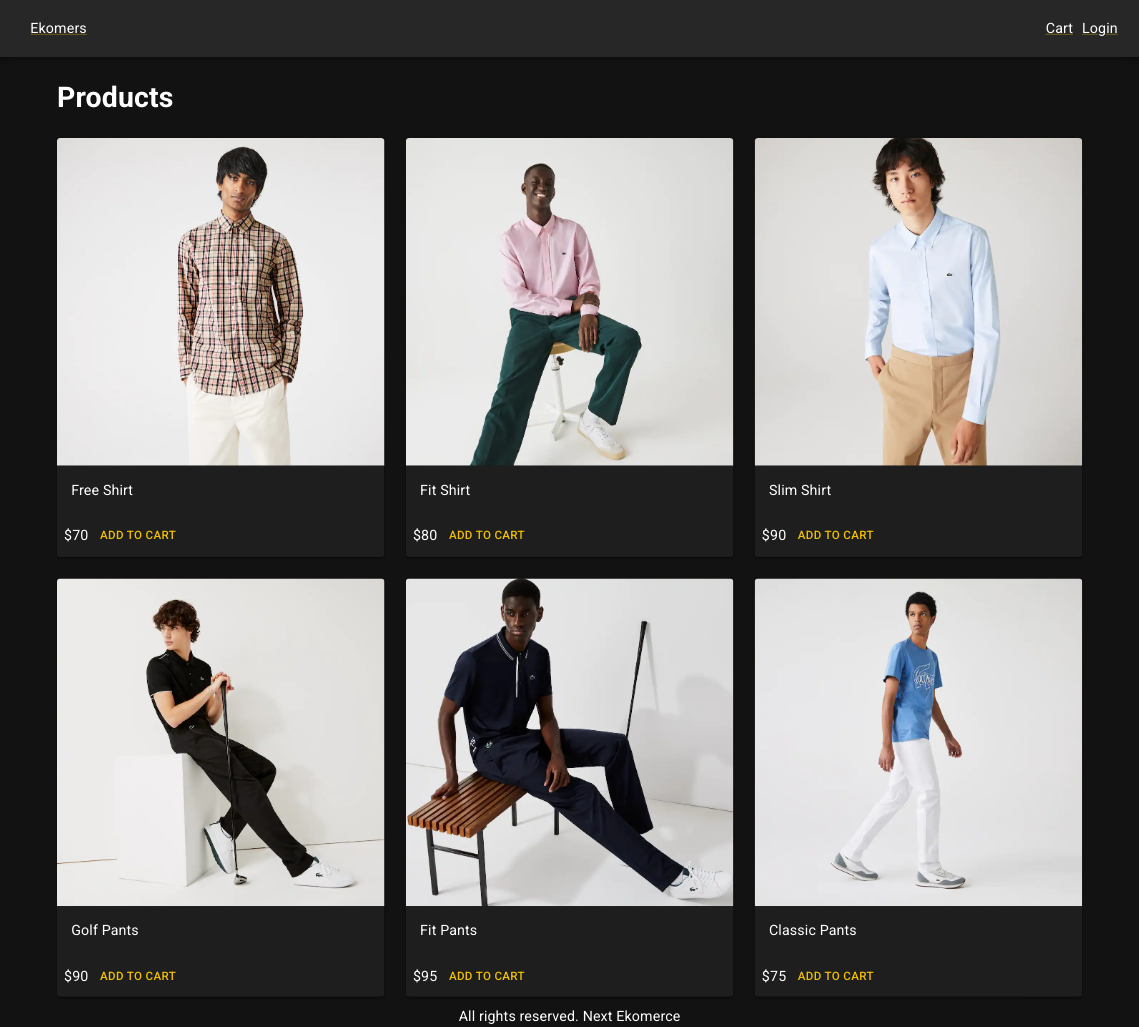
Repository: ChakmaSajib/ekomerce
Page: /
These files come from the project's save history. The page is drawn as it stood at one moment and after the next save; the edit follows.
The browser window is 1280 px wide. The pictures show the whole page, at 89% of full size.
The project was rebuilt for these pictures with package versions that can differ from the ones it lists, and the page was loaded fresh each time. The framework's server and built-in components were replaced by stand-ins that run in the browser. Also part of the build but not shown: next.config.js, styles/Home.module.css.

Above is the page before, as saved 2022-01-02 14:35:57.

After the next save:
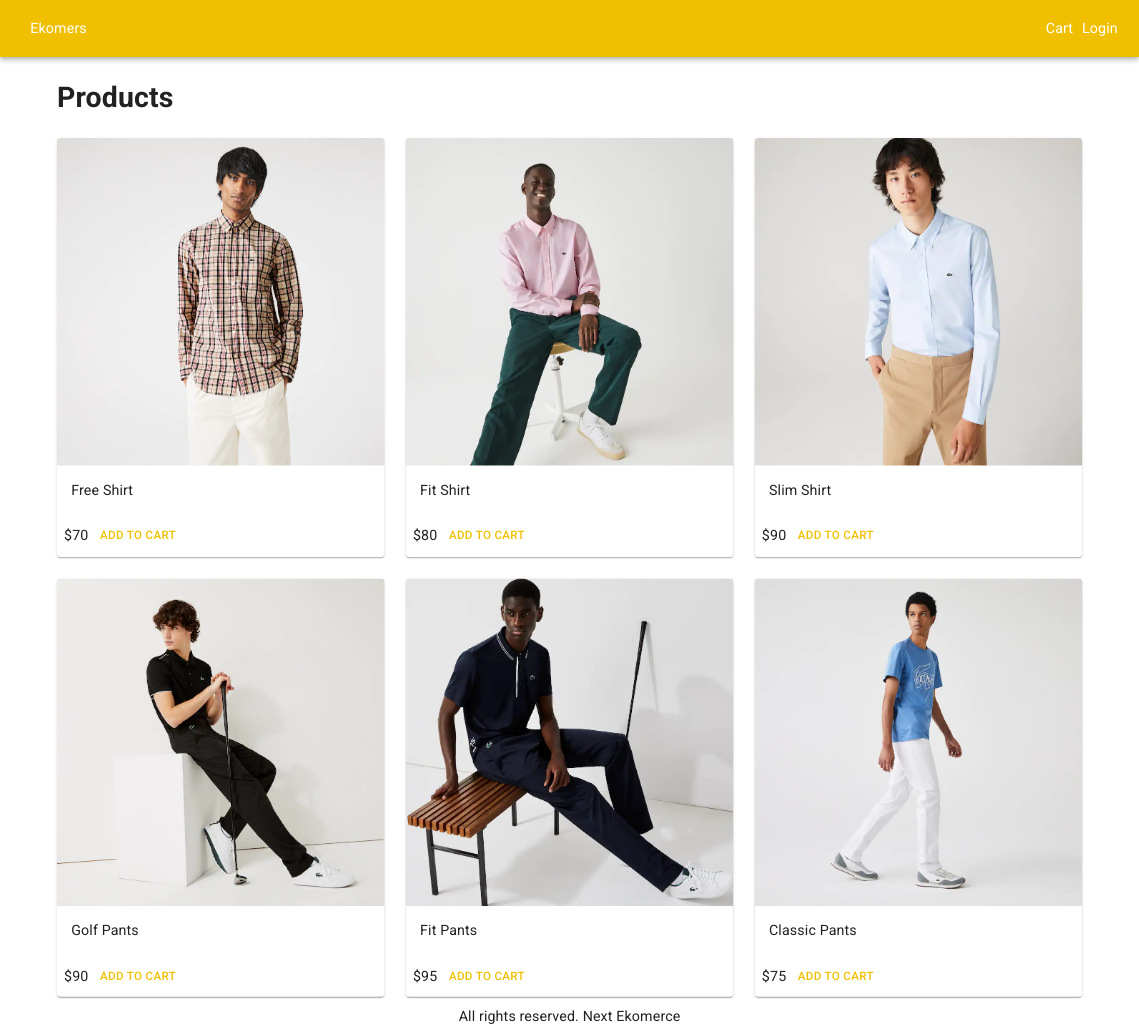
Saved 52 s later.
--- a/utils/store.js
+++ b/utils/store.js
@@ -13,7 +13,7 @@
 
 // Define Initial State
 const initialState = {
-    darkMode: true
+    darkMode: false
 }
 
 // Reducer function to handle actions
